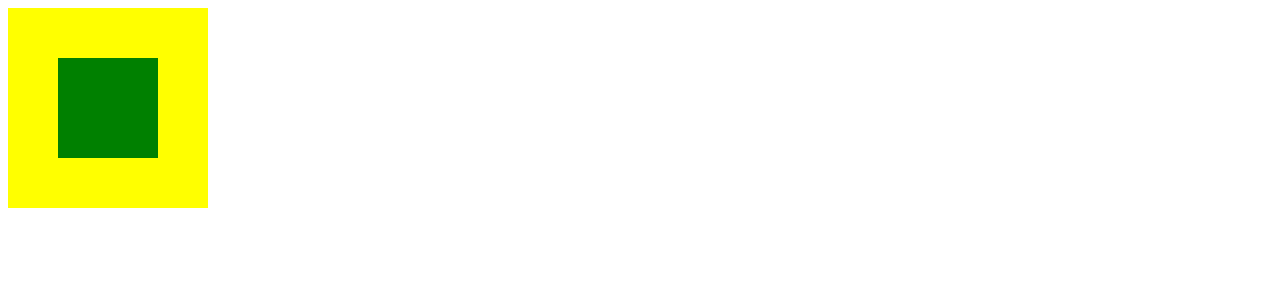
Repository: LumiereXyloto/javascript-data-structure
Page: 实现指定效果/水平垂直居中.html
These files come from the project's save history. The page is drawn as it stood at one moment and after the next save; the edit follows.
The browser window is 1280 px wide. The pictures show the whole page.

Above is the page before, as saved 2020-02-25 02:05:38.

### 实现指定效果/水平垂直居中.html
<!DOCTYPE html>
<html lang="en">
<head>
  <meta charset="UTF-8">
  <meta name="viewport" content="width=device-width, initial-scale=1.0">
  <title>Document</title>
  <style>
    .wrap1 {
      width: 200px;
      height: 200px;
      background: yellow;
      position: relative;
    }
    .wrap1 .center {
      width: 100px;
      height: 100px;
      background: green;
      margin: auto;
      position: absolute;
      left: 0;
      right: 0;
      top: 0;
      bottom: 0;
    }
  </style>
</head>
<body>
  <div class="wrap1">
    <div class="center"></div>
  </div>
  <div class="wrap">
    <div class="center"></div>
  </div>
  <div class="wrap">
    <div class="center"></div>
  </div>
  <div class="wrap">
    <div class="center"></div>
  </div>
</body>
</html>

After the next save:
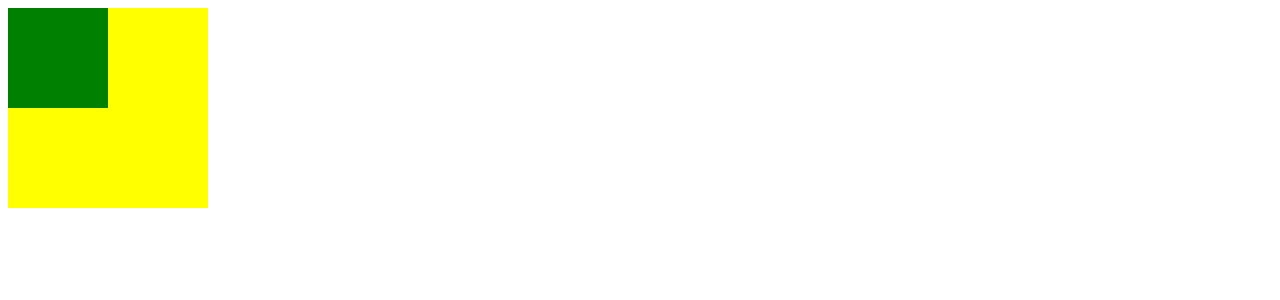
Saved 9 s later.
--- a/实现指定效果/水平垂直居中.html
+++ b/实现指定效果/水平垂直居中.html
@@ -15,7 +15,7 @@
       width: 100px;
       height: 100px;
       background: green;
-      margin: auto;
+      /* margin: auto; */
       position: absolute;
       left: 0;
       right: 0;

After the save that followed:
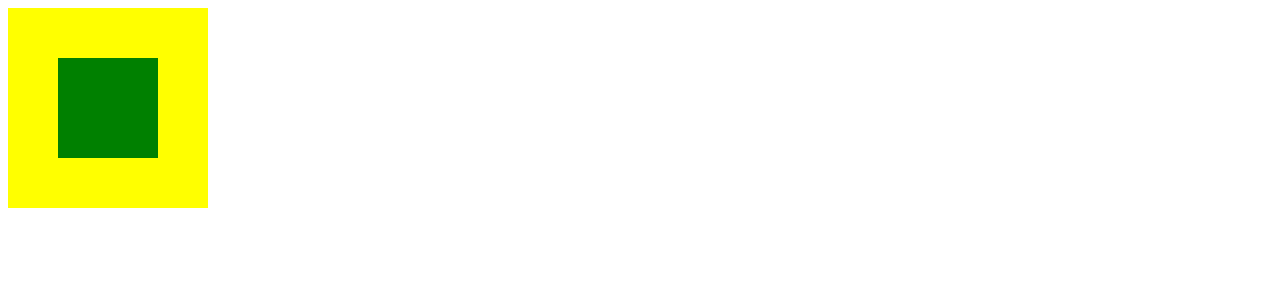
Saved 12 s later.
--- a/实现指定效果/水平垂直居中.html
+++ b/实现指定效果/水平垂直居中.html
@@ -15,7 +15,7 @@
       width: 100px;
       height: 100px;
       background: green;
-      /* margin: auto; */
+      margin: auto;
       position: absolute;
       left: 0;
       right: 0;
